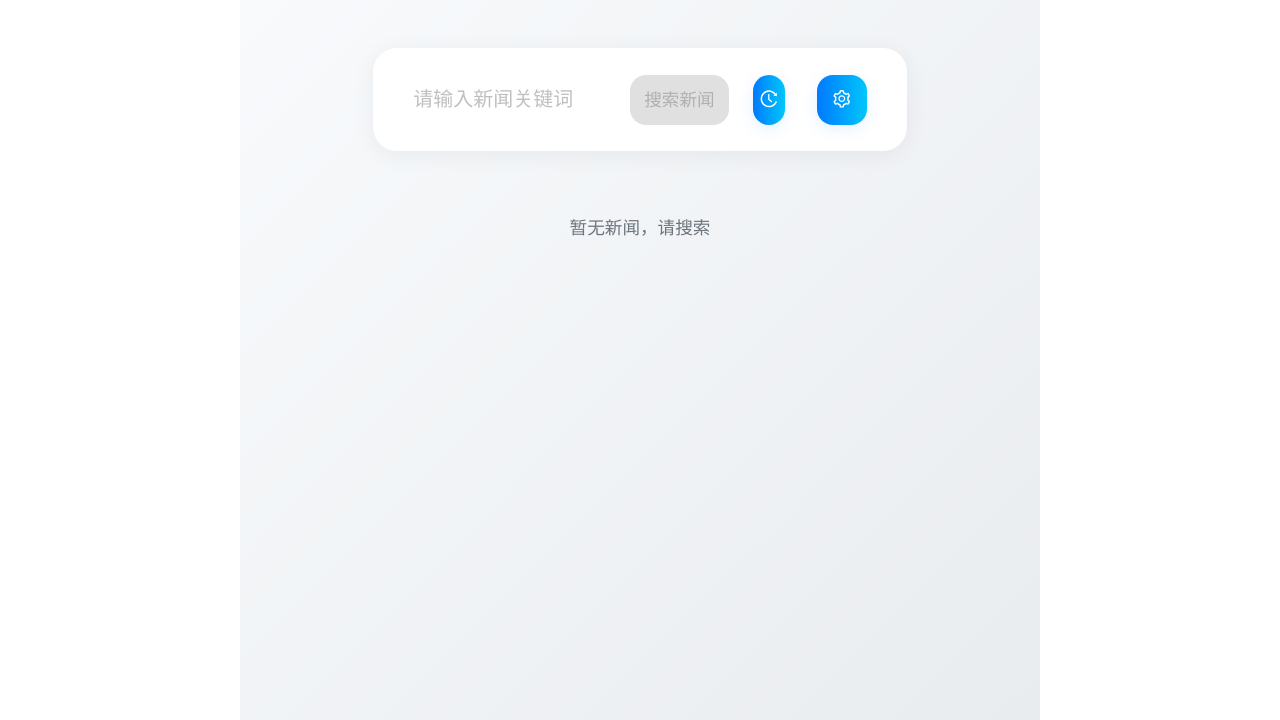
Repository: XJN7197/NewsAssistantBaseMCP
Page: / (app in frontend/)
The author's editor kept a copy of each file at every save. The page is drawn from the files as they stood at one save, then again after the next save.
The browser window is 1280 px wide. The pictures show the whole page.
The project was rebuilt for these pictures with package versions that can differ from the ones it lists, and the page was loaded fresh each time. Also part of the build but not shown: frontend/vite.config.ts.

Above is the page before, as saved 2025-05-23 18:28:26.

### frontend/src/App.tsx
import { useState } from 'react'
import Home from './pages/Home'
import './App.css'

function App() {

  return (
    <>
      <Home/>
    </>
  )
}

export default App

### frontend/src/pages/Home.tsx
import React, { useState  } from 'react';
import { List, Checkbox, Button as AntButton, Input, Spin, Modal, Typography, Form, message } from 'antd';
import 'antd/dist/reset.css'; // 导入 Ant Design 样式
import ReactMarkdown from 'react-markdown';
import remarkGfm from 'remark-gfm';
import styles from './Home.module.css'
import { mockNewsData } from '../mock/newsData'
import { mockReportData } from '../mock/reportData'
import { SettingOutlined, HistoryOutlined } from '@ant-design/icons'; // 导入设置图标

// 假设你有这些组件，后续可单独实现
// import NewsSearch from '../components/NewsSearch'
// import NewsCardList from '../components/NewsCardList'
// import AnalyzeButton from '../components/AnalyzeButton'
// import ReportModal from '../components/ReportModal'

const { Title, Text, Link } = Typography;

const Home: React.FC = () => {
  // 搜索关键词
  const [keyword, setKeyword] = useState('')
  // 新闻列表
  const [newsList, setNewsList] = useState<any[]>([])
  // 选中的新闻项
  const [selectedNews, setSelectedNews] = useState<Set<number>>(new Set());
  // 是否正在加载
  const [loading, setLoading] = useState(false)
  // 分析报告内容
  const [report, setReport] = useState<string | null>(null)
  // 控制报告弹窗显示
  const [showReport, setShowReport] = useState(false)
  // 控制设置弹窗显示
  const [showSettings, setShowSettings] = useState(false);
  // 配置数据
  const [config, setConfig] = useState<any>({});
  // 配置表单实例
  const [configForm] = Form.useForm();
  // 配置加载状态
  const [configLoading, setConfigLoading] = useState(false);
  // 在现有的状态声明下添加
  const [emailModalVisible, setEmailModalVisible] = useState(false);
  const [emailTo, setEmailTo] = useState('');
  const [emailSending, setEmailSending] = useState(false);
  const [showHistory, setShowHistory] = useState(false);
  const [historyReports, setHistoryReports] = useState<any[]>([]);
  const [selectedReport, setSelectedReport] = useState<any>(null);
  // 下载报告处理函数
  const handleDownload = () => {
    if (!report) return;

    const timestamp = new Date().toISOString().replace(/[:.]/g, '-');
    const content = report;
    const fileName = `舆情分析报告_${timestamp}.md`;
    const blob = new Blob([content], { type: 'text/plain;charset=utf-8' });
    const url = window.URL.createObjectURL(blob);
    const link = document.createElement('a');
    link.href = url;
    link.download = fileName;
    document.body.appendChild(link);
    link.click();
    document.body.removeChild(link);
    window.URL.revokeObjectURL(url);
  };

  // 搜索新闻
  const handleSearch = async () => {
    setLoading(true)
    setNewsList([]); // 清空旧的新闻列表
    setReport(null); // 清空旧的报告
    setShowReport(false); // 关闭报告弹窗

    try {
      let data;

      // 根据环境变量决定是否使用mock数据
      if (import.meta.env.VITE_USE_MOCK_NEWS === 'true') {
        // 使用mock数据
        await new Promise(resolve => setTimeout(resolve, 1000)); // 模拟延迟
        data = mockNewsData;
      } else {
        // 使用实际API
        const response = await fetch('http://localhost:8000/search', {
          method: 'POST',
          headers: {
            'Content-Type': 'application/json',
          },
          body: JSON.stringify({ keyword: keyword }),
        });

        if (!response.ok) {
          throw new Error(`HTTP error! status: ${response.status}`);
        }

        data = await response.json();
      }

      // 检查返回的数据结构，确保有 news_list 字段
      if (data && data.news_list) {
        console.log("获取到的新闻数据:", data.news_list);
        // 初始化选中状态，默认全部选中
        const initialNewsList = data.news_list.map((news: any, index: number) => ({ ...news, id: index })); // selected 属性由 selectedNews Set 管理
        setNewsList(initialNewsList);
        const initialSelected = new Set<number>(initialNewsList.map((news: any) => news.id));
        setSelectedNews(initialSelected);
      } else {
        setNewsList([{ error: '未获取到新闻数据或数据格式不正确' }]);
      }

    } catch (error) {
      console.error("搜索新闻失败:", error);
      setNewsList([{ error: `搜索新闻失败: ${error}` }]);
    } finally {
      setLoading(false);
    }
  }

  // 分析新闻
  const handleAnalyze = async () => {
    setLoading(true);
    setReport(null); // 清空旧的报告
    setShowReport(true); // Show modal immediately

    // 过滤出选中的新闻
    const newsToAnalyze = newsList.filter(news => selectedNews.has(news.id));

    if (newsToAnalyze.length === 0) {
        setReport("没有新闻内容可供分析。");
        setLoading(false);
        return;
    }

    try {
      let data;

      // 根据环境变量决定是否使用mock数据
      if (import.meta.env.VITE_USE_MOCK_REPORT === 'true') {
        // 使用mock数据
        await new Promise(resolve => setTimeout(resolve, 1000)); // 模拟延迟
        data = mockReportData;
      } else {
        // 使用实际API
        const response = await fetch('http://localhost:8000/analyze', {
          method: 'POST',
          headers: {
            'Content-Type': 'application/json',
          },
          body: JSON.stringify({ news_list: newsToAnalyze }),
        });

        if (!response.ok) {
          throw new Error(`HTTP error! status: ${response.status}`);
        }

        data = await response.json();
      }

      // 检查返回的数据结构，确保有 report 字段
      if (data && data.report) {
        console.log("获取到的分析报告:", data.report);
        setReport(data.report);
      } else {
        setReport("未获取到分析报告或报告格式不正确");
      }

    } catch (error) {
      console.error("分析新闻失败:", error);
      setReport(`分析新闻失败: ${error}`);
    } finally {
      setLoading(false);
    }
  }



  // 获取配置
  const fetchConfig = async () => {
    setConfigLoading(true);
    try {
      const response = await fetch('http://localhost:8000/config');
      if (!response.ok) {
        throw new Error(`HTTP error! status: ${response.status}`);
      }
      const data = await response.json();
      if (data && data.config) {
        setConfig(data.config);
        configForm.setFieldsValue(data.config); // 设置表单初始值
      } else if (data && data.error) {
        message.error(`获取配置失败: ${data.error}`);
      } else {
        message.error('获取配置失败: 未知错误');
      }
    } catch (error) {
      console.error("获取配置失败:", error);
      message.error(`获取配置失败: ${error}`);
    } finally {
      setConfigLoading(false);
    }
  };

  // 更新配置
  const updateConfig = async (values: any) => {
    setConfigLoading(true);
    try {
      const response = await fetch('http://localhost:8000/config', {
        method: 'POST',
        headers: {
          'Content-Type': 'application/json',
        },
        body: JSON.stringify({ config: values }),
      });

      if (!response.ok) {
        throw new Error(`HTTP error! status: ${response.status}`);
      }

      const data = await response.json();
      if (data && data.status === '✅ .env 文件已更新') {
        message.success('配置更新成功！');
        setConfig(data.config); // 更新本地配置状态
        setShowSettings(false); // 关闭弹窗
      } else if (data && data.error) {
        message.error(`更新配置失败: ${data.error}`);
      } else {
        message.error('更新配置失败: 未知错误');
      }

    } catch (error) {
      console.error("更新配置失败:", error);
      message.error(`更新配置失败: ${error}`);
    } finally {
      setConfigLoading(false);
    }
  };

  // 处理设置按钮点击
  const handleSettingsClick = () => {
    setShowSettings(true);
    fetchConfig(); // 打开弹窗时获取最新配置
  };
    // 添加邮件发送函数
  const handleSendEmail = async () => {
    if (!report || !emailTo) return;

    setEmailSending(true);
    try {
      const response = await fetch('http://localhost:8000/send_email', {
        method: 'POST',
        headers: {
          'Content-Type': 'application/json',
        },
        body: JSON.stringify({
          to: emailTo,
          subject: `舆情分析报告 - ${keyword}`,
          report_content: report
        }),
      });

      const data = await response.json();
      if (data.status === 'success') {
        message.success('邮件发送成功！');
        setEmailModalVisible(false);
      } else {
        message.error(`邮件发送失败: ${data.message}`);
      }
    } catch (error) {
      console.error("邮件发送失败:", error);
      message.error(`邮件发送失败: ${error}`);
    } finally {
      setEmailSending(false);
    }
  };

  // 添加获取历史报告列表函数
  const fetchHistoryReports = async () => {
    setLoading(true);
    try {
      const response = await fetch('http://localhost:8000/reports');
      const data = await response.json();
      if (data.reports) {
        setHistoryReports(data.reports);
      } else if (data.message) {
        message.error(`获取历史报告失败: ${data.message}`);
      }
    } catch (error) {
      console.error("获取历史报告失败:", error);
      message.error(`获取历史报告失败: ${error}`);
    } finally {
      setLoading(false);
    }
  };

  // 添加查看历史报告内容函数
  const viewHistoryReport = async (filename: string) => {
    setLoading(true);
    try {
      const response = await fetch(`http://localhost:8000/reports/${filename}`);
      const data = await response.json();
      if (data.content) {
        setReport(data.content);
        setSelectedReport({
          filename: data.filename
        });
        setShowReport(true);
        setShowHistory(false);
      } else if (data.message) {
        message.error(`获取报告内容失败: ${data.message}`);
      }
    } catch (error) {
      console.error("获取报告内容失败:", error);
      message.error(`获取报告内容失败: ${error}`);
    } finally {
      setLoading(false);
    }
  };

  return (
    <div className={styles['home-container']}>
      {/* 搜索栏 - 使用 Ant Design 组件 */}
      {/* 在搜索栏中添加历史记录按钮 */}
      <div className={styles['search-bar']}>
        <Input
          placeholder="请输入新闻关键词"
          value={keyword}
          onChange={e => setKeyword(e.target.value)}
          onPressEnter={handleSearch} // 支持回车搜索
          style={{ flex: 1, fontSize: '1.25rem', padding: '12px 0' }} // 保持原有部分样式
        />
        <AntButton
          type="primary"
          onClick={handleSearch}
          loading={loading}
          disabled={!keyword}
          style={{ borderRadius: '16px', padding: '14px', fontSize: '1.1rem', fontWeight: 500 }} // 保持原有部分样式，并添加右边距
        >
          搜索新闻
        </AntButton>
        {/* 历史记录按钮 */}
        <AntButton
          icon={<HistoryOutlined />}
          onClick={() => {
            setShowHistory(true);
            fetchHistoryReports();
          }}
          style={{ borderRadius: '16px', padding: '14px', fontSize: '1.1rem', fontWeight: 500, marginRight: '8px' }}
        >
        </AntButton>
        {/* 设置按钮 */}
        <AntButton
          icon={<SettingOutlined />}
          onClick={handleSettingsClick}
          style={{ width:'50px',borderRadius: '16px', padding: '14px', fontSize: '1.1rem', fontWeight: 500 }}
        />
      </div>
      {/* 历史记录弹窗 */}
      <Modal
        title={<Title level={3} style={{ textAlign: 'center', marginBottom: 0 }}>历史分析报告</Title>}
        open={showHistory}
        onCancel={() => setShowHistory(false)}
        footer={[
          <AntButton key="close" type="primary" onClick={() => setShowHistory(false)} style={{ borderRadius: '12px' }}>
            关闭
          </AntButton>
        ]}
        width="60vw"
        styles={{ body: { maxHeight: '70vh', overflowY: 'auto', background: '#fff', padding: '24px 40px' } }}
      >
        {loading ? (
          <div style={{ textAlign: 'center', padding: '40px 0' }}>
            <Spin size="large" tip="加载历史报告中..." />
          </div>
        ) : historyReports.length > 0 ? (
          <List
            itemLayout="horizontal"
            dataSource={historyReports}
            renderItem={item => (
              <List.Item
                actions={[
                  <AntButton type="link" onClick={() => viewHistoryReport(item.filename)}>查看</AntButton>,
                  <AntButton
                    type="link"
                    onClick={() => {
                      viewHistoryReport(item.filename).then(() => {
                        setEmailModalVisible(true);
                      });
                    }}
                  >
                    发送邮件
                  </AntButton>
                ]}
                style={{ background: '#fff', borderRadius: '12px', marginBottom: '16px', padding: '20px', boxShadow: '0 2px 12px 0 rgba(0,0,0,0.05)' }}
              >
                <List.Item.Meta
                  title={<Title level={5} style={{ margin: 0, fontSize: '1.3rem', fontWeight: 600, color: '#1d1d1f' }}>{item.keyword || '未知关键词'}</Title>}
                  description={
                    <div>
                      <Text type="secondary" style={{ fontSize: '1rem', display: 'block', marginBottom: '8px' }}>
                        创建时间: {item.created_at}
                      </Text>
                      <Text type="secondary" style={{ fontSize: '1rem', lineHeight: 1.6, display: '-webkit-box', WebkitLineClamp: 2, WebkitBoxOrient: 'vertical', overflow: 'hidden', textOverflow: 'ellipsis' }}>
                        {item.summary}
                      </Text>
                    </div>
                  }
                />
              </List.Item>
            )}
          />
        ) : (
          <div style={{ textAlign: 'center', color: '#6c757d', fontSize: '1.1rem', padding: '40px 0' }}>暂无历史报告</div>
        )}
      </Modal>
      {/* 新闻列表 - 使用 Ant Design List 组件 */}
      <div className={styles['news-list-container']}> {/* 新增一个容器来控制 List 的宽度和间距 */}
        {loading && newsList.length === 0 && <div style={{ textAlign: 'center', padding: '40px 0' }}><Spin size="large" /></div>}
        {!loading && newsList.length === 0 && <div style={{ textAlign: 'center', color: '#6c757d', fontSize: '1.1rem', padding: '40px 0' }}>暂无新闻，请搜索</div>}
        {newsList.length > 0 && newsList[0].error && (
          <div className={styles['error-message']}>{newsList[0].error}</div>
        )}
        {newsList.length > 0 && !newsList[0].error && (
          <List
            itemLayout="horizontal"
            dataSource={newsList}
            renderItem={item => {
              const onItemChange = (e: any) => {
                setSelectedNews(prevSelected => {
                  const newSelected = new Set(prevSelected);
                  if (e.target.checked) {
                    newSelected.add(item.id);
                  } else {
                    newSelected.delete(item.id);
                  }
                  return newSelected;
                });
              };
              return (
                <List.Item
                  actions={[
                    <Link href={item.url} target="_blank" rel="noopener noreferrer">阅读原文</Link>
                  ]}
                  style={{ background: '#fff', borderRadius: '12px', marginBottom: '16px', padding: '20px', boxShadow: '0 2px 12px 0 rgba(0,0,0,0.05)' }}
                >
                  <List.Item.Meta
                    avatar={<Checkbox checked={selectedNews.has(item.id)} onChange={onItemChange} style={{paddingRight: '10px'}}/>}
                    title={<Title level={5} style={{ margin: 0, fontSize: '1.3rem', fontWeight: 600, color: '#1d1d1f' }}>{item.title}</Title>}
                    description={<Text type="secondary" style={{ fontSize: '1rem', lineHeight: 1.6, display: '-webkit-box', WebkitLineClamp: 3, WebkitBoxOrient: 'vertical', overflow: 'hidden', textOverflow: 'ellipsis' }}>{item.desc}</Text>}
                  />
                </List.Item>
              );
            }}
          />
        )}
      </div>

      {/* 一键分析按钮 - 使用 Ant Design Button */}
      {newsList.length > 0 && !newsList[0].error && (
        <div className={styles['analyze-btn']}>
          <AntButton
            type="primary"
            onClick={handleAnalyze}
            loading={loading}
            disabled={selectedNews.size === 0}
            style={{ borderRadius: '16px', padding: '16px 48px', fontSize: '1.2rem', fontWeight: 600, background: 'linear-gradient(90deg, #34e89e 0%, #0f3443 100%)' }} // 保持原有部分样式
          >
            一键舆情分析
          </AntButton>
        </div>
      )}

      {/* 分析报告弹窗 - 使用 Ant Design Modal */}
      <Modal
        title={<Title level={3} style={{ textAlign: 'center', marginBottom: 0 }}>舆情分析报告</Title>}
        open={showReport}
        onCancel={() => setShowReport(false)}
        footer={[
          <AntButton
            key="download"
            onClick={handleDownload}
            disabled={!report}
            style={{ borderRadius: '12px', marginRight: '8px' }}
          >
            下载报告
          </AntButton>,
          <AntButton
            key="email"
            onClick={() => setEmailModalVisible(true)}
            disabled={!report}
            style={{ borderRadius: '12px', marginRight: '8px' }}
          >
            发送邮件
          </AntButton>,
          <AntButton key="close" type="primary" onClick={() => setShowReport(false)} style={{ borderRadius: '12px' }}>
            关闭
          </AntButton>
        ]}
        width="60vw"
        styles={{ body: { maxHeight: '70vh', overflowY: 'auto', background: '#fff', padding: '24px 40px' } }}
      >
        {loading && !report ? (
          <div style={{ textAlign: 'center', padding: '40px 0' }}>
            <Spin size="large" tip="分析报告生成中..." />
          </div>
        ) : report ? (
          <ReactMarkdown remarkPlugins={[remarkGfm]}>{report}</ReactMarkdown>
        ) : (
          <Text>报告生成中或无内容...</Text>
        )}
      </Modal>

      {/* 邮件发送弹窗 */}
      <Modal
        title="发送分析报告到邮箱"
        open={emailModalVisible}
        onCancel={() => setEmailModalVisible(false)}
        footer={[
          <AntButton key="cancel" onClick={() => setEmailModalVisible(false)} style={{ borderRadius: '12px' }}>
            取消
          </AntButton>,
          <AntButton
            key="send"
            type="primary"
            loading={emailSending}
            onClick={handleSendEmail}
            disabled={!emailTo}
            style={{ borderRadius: '12px' }}
          >
            发送
          </AntButton>,
        ]}
      >
        <Form layout="vertical">
          <Form.Item
            label="收件人邮箱"
            rules={[{ required: true, message: '请输入收件人邮箱!' }]}
          >
            <Input
              placeholder="请输入收件人邮箱"
              value={emailTo}
              onChange={e => setEmailTo(e.target.value)}
            />
          </Form.Item>
        </Form>
      </Modal>
      {/* 设置弹窗 */}
      <Modal
        title={<Title level={3} style={{ textAlign: 'center', marginBottom: 0 }}>配置设置</Title>}
        open={showSettings}
        onCancel={() => setShowSettings(false)}
        footer={[
          <AntButton key="cancel" onClick={() => setShowSettings(false)} style={{ borderRadius: '12px' }}>
            取消
          </AntButton>,
          <AntButton key="submit" type="primary" loading={configLoading} onClick={() => configForm.submit()} style={{ borderRadius: '12px' }}>
            保存
          </AntButton>,
        ]}
        width="50vw"
        styles={{ body: { maxHeight: '70vh', overflowY: 'auto', background: '#fff', padding: '24px 40px' } }}
      >
        {configLoading && Object.keys(config).length === 0 ? (
          <div style={{ textAlign: 'center', padding: '40px 0' }}>
            <Spin size="large" tip="加载配置中..." />
          </div>
        ) : (
          <Form
            form={configForm}
            layout="vertical"
            onFinish={updateConfig}
            initialValues={config} // 使用状态中的配置作为初始值
          >
            {Object.keys(config).map(key => (
              <Form.Item
                key={key}
                label={key}
                name={key}
                rules={[{ required: true, message: `请输入 ${key}!` }]} // 简单的必填校验
              >
                <Input />
              </Form.Item>
            ))}
          </Form>
        )}
      </Modal>
    </div>
  )
}

export default Home

### frontend/src/mock/newsData.ts
export const mockNewsData = {
    news_list: [
      {
        title: "Qwen引领AI前端技术革新：深度解析一句话开发网页的突破_模型_行业_创新",
        desc: "在人工智能快速发展的2025年，来自量子位的最新报道显示，AI技术正迎来前所未有的革新，尤其是在前端开发领域。由Qwen推出的“AI前端工程师”WebDev工具，以...",
        url: "https://news.sohu.com/a/893821748_121924584"
      },
      {
        title: "谷歌推Gemini2.5Pro模型，AI 助力前端开发与复杂编程",
        desc: "谷歌推Gemini2.5Pro模型#，AI 助力前端开发与复杂编程】5 月7 日消息，科技媒体The Decoder 昨日（5 月6 日）发布博文，报道称谷歌为预热今年的I/O...",
        url: "https://news.sina.com.cn/external/car/2025-05-07/doc-inevtine1324735.shtml"
      },
      {
        title: "前端程序员请注意！首个截图就能生成现代前端代码的AI来了 | 已开源",
        desc: "现在截图生成代码，已经来到了一个新高度——. ⾸个⾯向现代前端代码⽣成的多模态⼤模型解决⽅案，来了！ 而且是开源的那种。 前端程序员请注意！首个截图就能...",
        url: "https://www.qbitai.com/2025/02/258521.html"
      },
      {
        title: "AI包办79%代码，程序员饭碗不保，前端开发要凉，人类只配改Bug？",
        desc: "编码助手更偏向自动化。有79%的Claude Code对话可以被归为「自动化」，即AI直接完成任务，而不是与人类协作「增强」。相比之下，Claude.ai的对话中只有49%是...",
        url: "https://m.36kr.com/p/3271134281245063"
      },
      {
        title: "武汉烽火申请前后端协同开发方法专利，大大降低前后端耦合度",
        desc: "本文源自:金融界. 金融界2025年5月15日消息，国家知识产权局信息显示，武汉烽火信息集成技术有限公司申请一项名为“前后端协同开发方法、装置、设备及可...",
        url: "https://cj.sina.cn/articles/view/1704103183/65928d0f02007wlqg?froms=ggmp"
      }
    ]
  };

### frontend/src/mock/reportData.ts
// 模拟舆情分析报告数据
export const mockReportData = {
  report: `
  **分析时间：** 2025-05-22 20:48:32

  ---

  ## 📥 原始新闻内容

  ### 新闻1
  - **标题**: Qwen引领AI前端技术革新：深度解析一句话开发网页的突破_模型_行业_创新
  - **描述**: 在人工智能快速发展的2025年，来自量子位的最新报道显示，AI技术正迎来前所未有的革新，尤其是在前端开发领域。由Qwen推出的“AI前端工程师”WebDev工具，以...
  - **链接**: https://news.sohu.com/a/893821748_121924584

  ### 新闻2
  - **标题**: 谷歌推Gemini2.5Pro模型，AI 助力前端开发与复杂编程
  - **描述**: 谷歌推Gemini2.5Pro模型#，AI 助力前端开发与复杂编程】5 月7 日消息，科技媒体The Decoder 昨日（5 月6 日）发布博文，报道称谷歌为预热今年的I/O...
  - **链接**: https://news.sina.com.cn/external/car/2025-05-07/doc-inevtine1324735.shtml

  ### 新闻3
  - **标题**: 前端程序员请注意！首个截图就能生成现代前端代码的AI来了 | 已开源
  - **描述**: 现在截图生成代码，已经来到了一个新高度——. ⾸个⾯向现代前端代码⽣成的多模态⼤模型解决⽅案，来了！ 而且是开源的那种。 前端程序员请注意！首个截图就能...
  - **链接**: https://www.qbitai.com/2025/02/258521.html

  ### 新闻4
  - **标题**: AI包办79%代码，程序员饭碗不保，前端开发要凉，人类只配改Bug？
  - **描述**: 编码助手更偏向自动化。有79%的Claude Code对话可以被归为「自动化」，即AI直接完成任务，而不是与人类协作「增强」。相比之下，Claude.ai的对话中只有49%是...
  - **链接**: https://m.36kr.com/p/3271134281245063

  ### 新闻5
  - **标题**: 武汉烽火申请前后端协同开发方法专利，大大降低前后端耦合度
  - **描述**: 本文源自:金融界. 金融界2025年5月15日消息，国家知识产权局信息显示，武汉烽火信息集成技术有限公司申请一项名为“前后端协同开发方法、装置、设备及可...
  - **链接**: https://cj.sina.cn/articles/view/1704103183/65928d0f02007wlqg?froms=ggmp

  ---

  ## 📊 分析结果

  ### 舆情分析报告
  **日期**：2025年5月
  **分析范围**：五篇关于AI与前端开发的新闻

  ---

  #### **一、情绪倾向分析**
  | 新闻编号 | 情绪倾向 | 原因说明 |
  |----------|----------|----------|
  | **新闻1** | **正面** | 强调Qwen的“革新”“突破”等词汇，突出AI技术对前端开发的赋能，传递积极创新信号。 |
  | **新闻2** | **正面** | 谷歌推出新模型推动“AI助力前端开发”，体现技术迭代的行业趋势，语气温和但积极。 |
  | **新闻3** | **正面** | 聚焦“首个截图生成代码”“开源”等关键词，展示AI工具的实用性和开放性，引发开发者关注。 |
  | **新闻4** | **负面** | 标题直接使用“饭碗不保”“要凉”等强烈词汇，讨论AI对程序员职业的冲击，情绪偏担忧。 |
  | **新闻5** | **正面** | 武汉烽火的专利申请聚焦“降低耦合度”技术优化，体现行业对效率提升的关注，属中性积极技术报道。 |

  ---

  #### **二、舆情总结**
  1. **技术革新主导正面情绪**
     - 多篇新闻聚焦AI在前端开发中的创新应用（如Qwen、Gemini2.5Pro、开源工具），强调效率提升、自动化开发等优势，反映行业对AI技术的期待与认可。
     - 专利申请（新闻5）进一步表明企业对技术优化的重视，传递积极发展趋势。

  2. **负面情绪集中于就业风险**
     - 新闻4通过“79%代码由AI包办”“程序员饭碗不保”等表述，引发对AI替代人力的焦虑，负面情绪显著，但未否认技术价值。

  3. **行业矛盾与机遇并存**
     - 正面报道多关注技术突破，负面内容则反映人类与AI协作模式的争议，整体呈现“技术进步”与“职业担忧”的双重叙事。

  ---

  #### **三、建议**
  - **技术开发者**：关注AI工具的开源与迭代（如新闻3），同时提升复合技能以适应自动化趋势。
  - **企业与政策制定者**：平衡技术应用与就业保障，推动人机协作模式的探索。
  - **媒体传播**：客观呈现AI对行业的赋能与挑战，避免过度渲染负面情绪。

  **结论**：当前舆情以技术革新为核心积极主题，但需警惕AI对职业结构的潜在冲击，行业需在创新与人文关怀间寻求平衡。
`
}

Loaded but not shown: frontend/index.html (common file); frontend/src/main.tsx (common file); frontend/src/index.css (common file); frontend/src/App.css (common file); frontend/src/pages/Home.module.css (113 lines, source omitted)

After the next save:
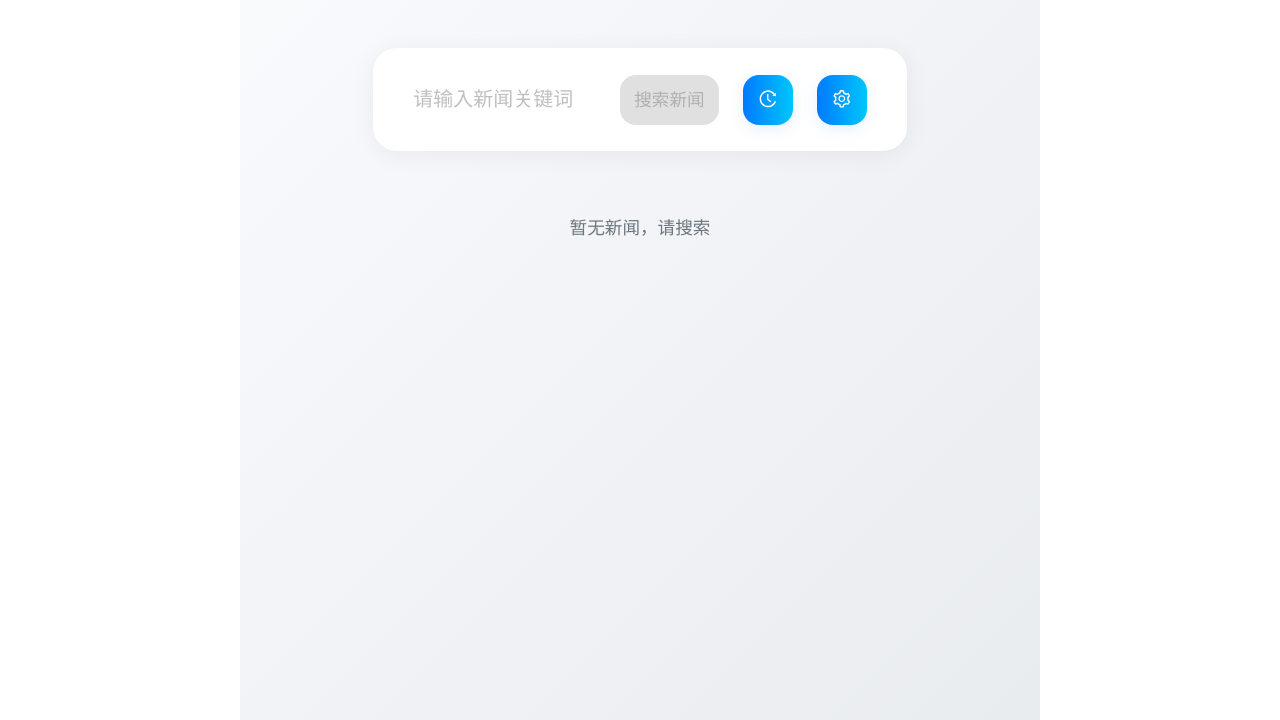
Saved 17 s later.
--- a/frontend/src/pages/Home.tsx
+++ b/frontend/src/pages/Home.tsx
@@ -341,7 +341,7 @@ const Home: React.FC = () => {
             setShowHistory(true);
             fetchHistoryReports();
           }}
-          style={{ borderRadius: '16px', padding: '14px', fontSize: '1.1rem', fontWeight: 500, marginRight: '8px' }}
+          style={{ width:'50px',borderRadius: '16px', padding: '14px', fontSize: '1.1rem', fontWeight: 500}}
         >
         </AntButton>
         {/* 设置按钮 */}
